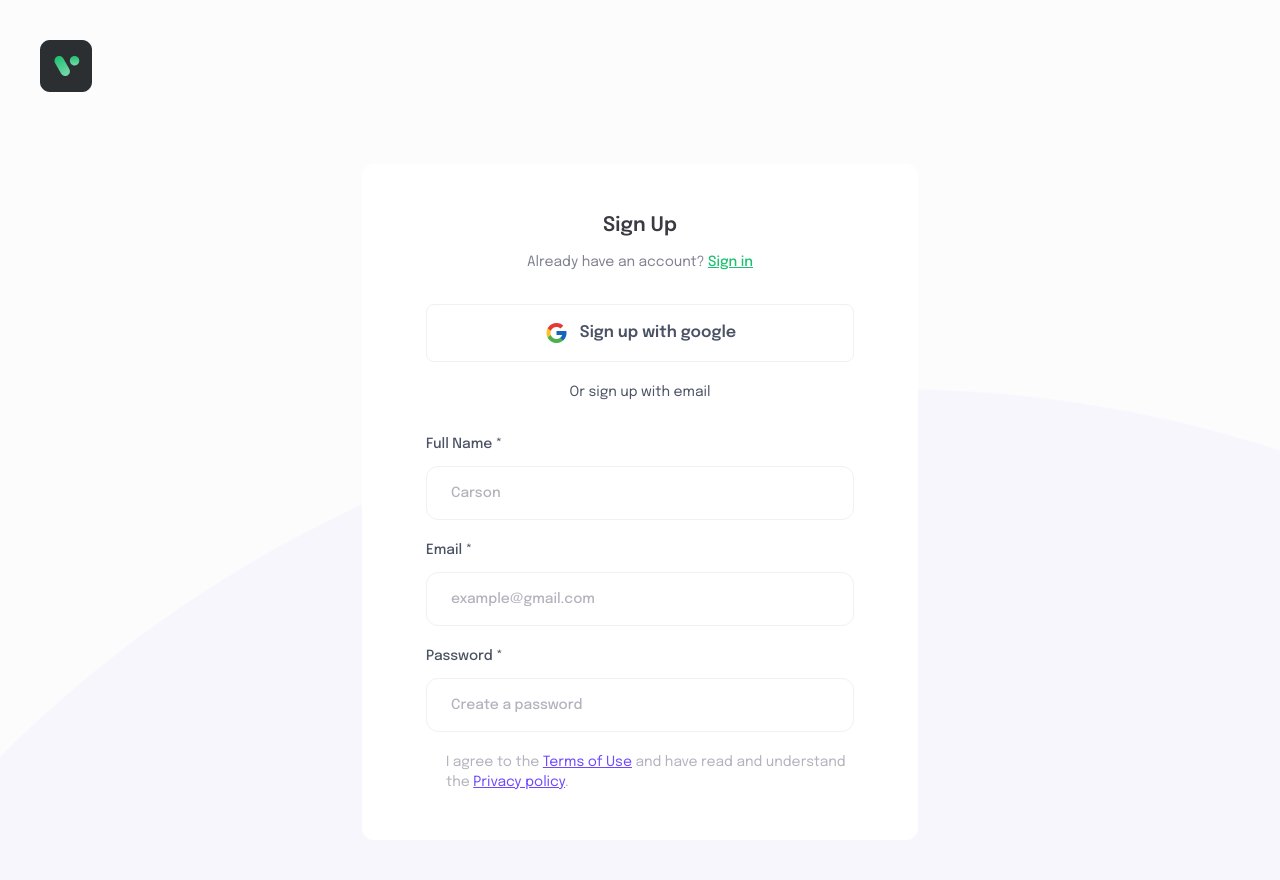
Repository: CarsonDev1/Crowfunding
Page: /sign-up
These files come from the project's save history. The page is drawn as it stood at one moment and after the next save; the edit follows.
The browser window is 1280 px wide. The pictures show the whole page.
The project was rebuilt for these pictures with package versions that can differ from the ones it lists, and the page was loaded fresh each time. Also part of the build but not shown: src/components/common/ErrorComponent.jsx, src/pages/SignIn.jsx.

Above is the page before, as saved 2023-04-07 11:28:27.

After the next save:
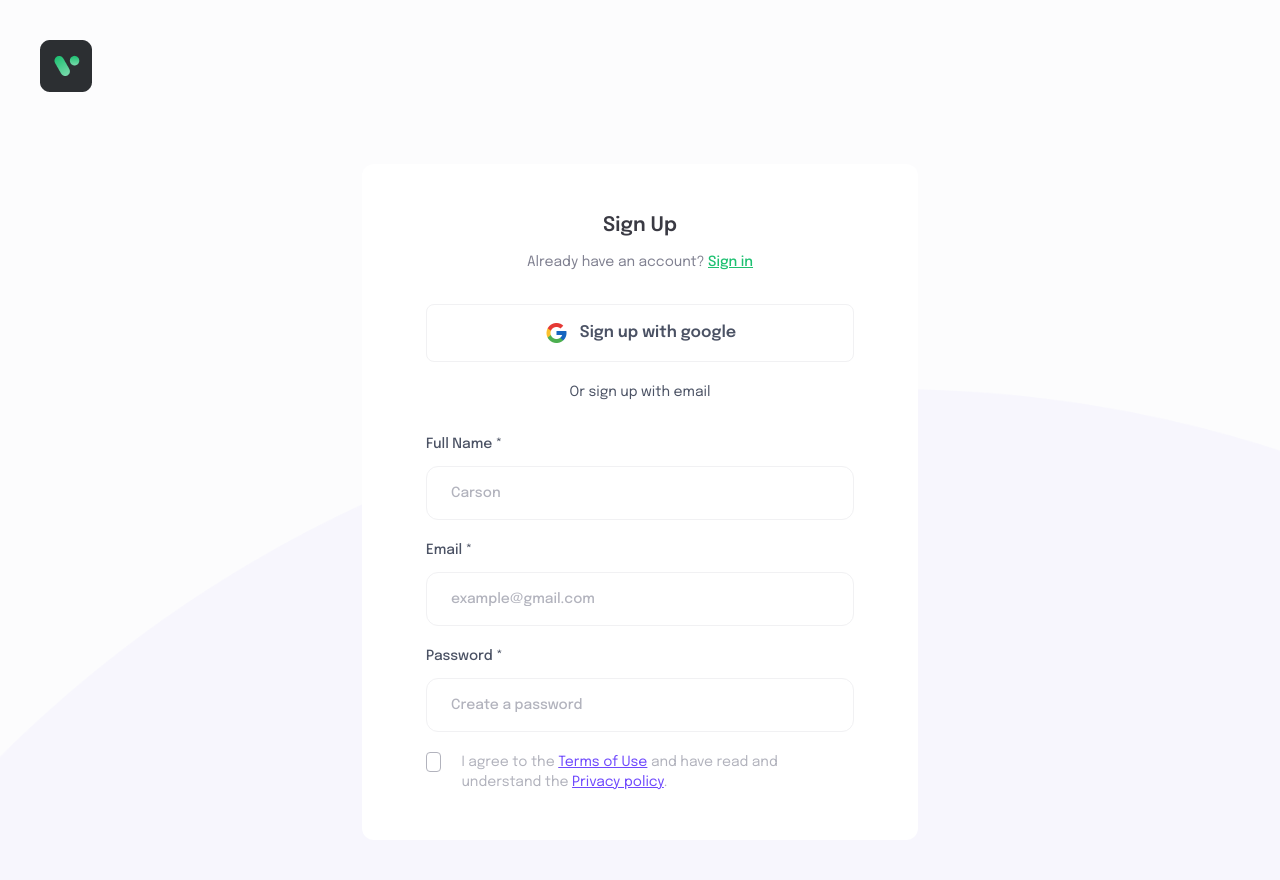
Saved 64 s later.
--- a/src/pages/SignUp.jsx
+++ b/src/pages/SignUp.jsx
@@ -40,7 +40,7 @@ function SignUp() {
 					<Input placeholder="Create a password" type="password" control={control} name="password" />
 				</FormGroup>
 				<div className="flex items-start gap-x-5">
-					<span></span>
+					<span className="inline-block w-5 h-5 border rounded border-text4"></span>
 					<p className="text-sm text-text4">
 						I agree to the <span className="underline text-secondary">Terms of Use</span> and have read and
 						understand the <span className="underline text-secondary">Privacy policy</span>.
